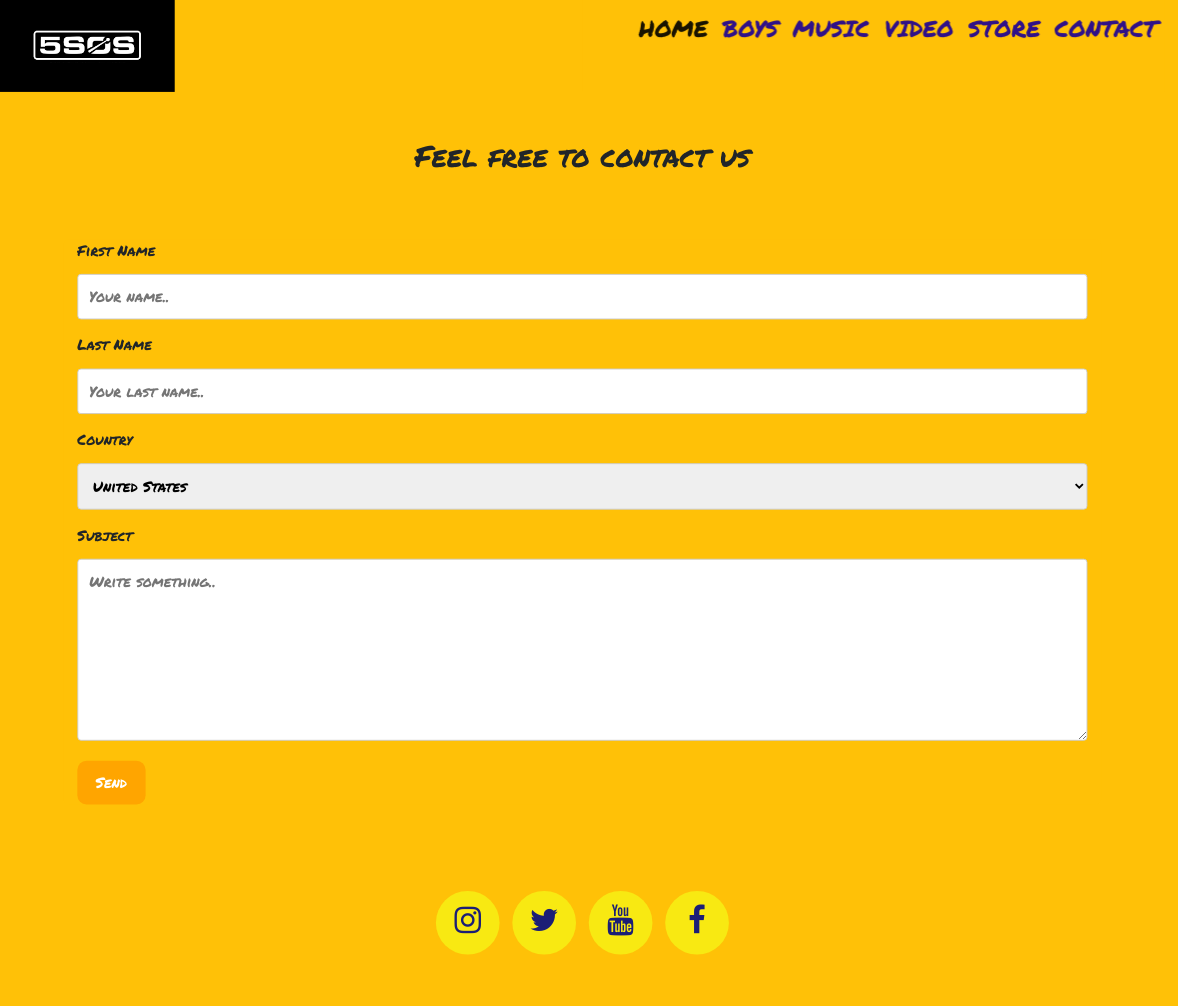
Repository: sun5lower/5SOS
Page: contact.html
The author's editor kept a record of every edit. The page is drawn from the files as they stood at one moment, then again after the next edit.
The browser window is 1280 px wide. The page is 1295 px wide, so the pictures cover 1295 px, including what lies to the right of the window. The pictures show the whole page, at 91% of full size.

Above is the page before.

### contact.html
<!DOCTYPE html>
<html lang="en">

<head>
    <meta charset="UTF-8">
    <meta name="viewport" content="width=device-width, initial-scale=1.0">
    <meta http-equiv="X-UA-Compatible" content="ie=edge">
    <link rel="stylesheet" href="https://stackpath.bootstrapcdn.com/bootstrap/4.3.1/css/bootstrap.min.css" type="text/css" />
    <link rel="stylesheet" href="https://stackpath.bootstrapcdn.com/font-awesome/4.7.0/css/font-awesome.min.css" type="text/css" />
    <link rel="stylesheet" href="https://cdnjs.cloudflare.com/ajax/libs/hover.css/2.3.1/css/hover-min.css" type="text/css" />
    <link rel="stylesheet" href="assets/css/style.css" type="text/css" />

    <title>5sos</title>

</head>

<body>


    <!--Navigation-->

    <header class="container-fluid">
        <div class="row no-gutters">
            <div class="col-6 col-md-6">
                <a href=index.html><img src="assets/images/brand5.png" class="navbar-brand"> </a>
            </div>

            <body data-spy="scroll" data-target=".navbar" data-offset="50">

                <nav class="col-4 col-md-6 navbar navbar-expand-md navbar-light bg-dark sticky-top expand-md">
                    <button class="navbar-toggler ml-auto" type="button" data-toggle="collapse" data-target="#navbarNavDropdown" aria-controls="navbarNavDropdown" aria-expanded="false" aria-label="Toggle navigation">
                    <span class="navbar-toggler-icon"></span>
                </button>
                    <div class="collapse navbar-collapse" id="navbarNavDropdown">
                        <ul class="navbar-nav ml-auto">
                            <li class="nav-item active">
                                <a href="index.html" class="nav-link hvr-buzz">HOME</a>
                            </li>
                            <li class="nav-item">
                                <a class="nav-link hvr-buzz" href="boys.html">BOYS</a>
                            </li>
                            <li class="nav-item">
                                <a class="nav-link hvr-buzz" href="music.html">MUSIC</a>
                            </li>
                            <li class="nav-item">
                                <a class="nav-link hvr-buzz" href="video.html">VIDEO</a>
                            </li>
                            <li class="nav-item">
                                <a class="nav-link hvr-buzz" href="store.html">STORE</a>
                            </li>
                            <li class="nav-item">
                                <a class="nav-link hvr-buzz" href="contact.html">CONTACT</a>
                            </li>

                        </ul>
                    </div>
                </nav>
        </div>
    </header>

    <h2> Feel free to contact us</h2>

    <br>



    <div class="container">
        <form action="/action_page.php">
            <label for="fname">First Name</label>
            <input type="text" id="fname" name="firstname" placeholder="Your name..">

            <label for="lname">Last Name</label>
            <input type="text" id="lname" name="lastname" placeholder="Your last name..">

            <label for="country">Country</label>
            <select id="country" name="country">


      <option value="AF">Afghanistan</option>
      <option value="AX">Aland Islands</option>
      <option value="AL">Albania</option>
      <option value="DZ">Algeria</option>
      <option value="AS">American Samoa</option>
      <option value="AD">Andorra</option>
      <option value="AO">Angola</option>
      <option value="AI">Anguilla</option>
      <option value="AQ">Antarctica</option>
      <option value="AG">Antigua and Barbuda</option>
      <option value="AR">Argentina</option>
      <option value="AM">Armenia</option>
      <option value="AW">Aruba</option>
      <option value="AU">Australia</option>
      <option value="AT">Austria</option>
      <option value="AZ">Azerbaijan</option>
      <option value="BS">Bahamas</option>
      <option value="BH">Bahrain</option>
      <option value="BD">Bangladesh</option>
      <option value="BB">Barbados</option>
      <option value="BY">Belarus</option>
      <option value="BE">Belgium</option>
      <option value="BZ">Belize</option>
      <option value="BJ">Benin</option>
      <option value="BM">Bermuda</option>
      <option value="BT">Bhutan</option>
      <option value="BO">Bolivia</option>
      <option value="BA">Bosnia and Herzegovina</option>
      <option value="BW">Botswana</option>
      <option value="BV">Bouvet Island</option>
      <option value="BR">Brazil</option>
      <option value="IO">British Indian Ocean Territory</option>
      <option value="VG">British Virgin Islands</option>
      <option value="BN">Brunei</option>
      <option value="BG">Bulgaria</option>
      <option value="BF">Burkina Faso</option>
      <option value="BI">Burundi</option>
      <option value="KH">Cambodia</option>
      <option value="CM">Cameroon</option>
      <option value="CA">Canada</option>
      <option value="CV">Cape Verde</option>
      <option value="BQ">Caribbean Netherlands</option>
      <option value="KY">Cayman Islands</option>
      <option value="CF">Central African Republic</option>
      <option value="TD">Chad</option>
      <option value="CL">Chile</option>
      <option value="CN">China</option>
      <option value="CX">Christmas Island</option>
      <option value="CC">Cocos (Keeling) Islands</option>
      <option value="CO">Colombia</option>
      <option value="KM">Comoros</option>
      <option value="CG">Congo (Brazzaville)</option>
      <option value="CD">Congo (Kinshasa)</option>
      <option value="CK">Cook Islands</option>
      <option value="CR">Costa Rica</option>
      <option value="HR">Croatia</option>
      <option value="CU">Cuba</option>
      <option value="CW">Curaçao</option>
      <option value="CY">Cyprus</option>
      <option value="CZ">Czech Republic</option>
      <option value="DK">Denmark</option>
      <option value="DJ">Djibouti</option>
      <option value="DM">Dominica</option>
      <option value="DO">Dominican Republic</option>
      <option value="EC">Ecuador</option>
      <option value="EG">Egypt</option>
      <option value="SV">El Salvador</option>
      <option value="GQ">Equatorial Guinea</option>
      <option value="ER">Eritrea</option>
      <option value="EE">Estonia</option>
      <option value="ET">Ethiopia</option>
      <option value="FK">Falkland Islands</option>
      <option value="FO">Faroe Islands</option>
      <option value="FJ">Fiji</option>
      <option value="FI">Finland</option>
      <option value="FR">France</option>
      <option value="GF">French Guiana</option>
      <option value="PF">French Polynesia</option>
      <option value="TF">French Southern Territories</option>
      <option value="GA">Gabon</option>
      <option value="GM">Gambia</option>
      <option value="GE">Georgia</option>
      <option value="DE">Germany</option>
      <option value="GH">Ghana</option>
      <option value="GI">Gibraltar</option>
      <option value="GR">Greece</option>
      <option value="GL">Greenland</option>
      <option value="GD">Grenada</option>
      <option value="GP">Guadeloupe</option>
      <option value="GU">Guam</option>
      <option value="GT">Guatemala</option>
      <option value="GG">Guernsey</option>
      <option value="GN">Guinea</option>
      <option value="GW">Guinea-Bissau</option>
      <option value="GY">Guyana</option>
      <option value="HT">Haiti</option>
      <option value="HM">Heard Island and McDonald Islands</option>
      <option value="HN">Honduras</option>
      <option value="HK">Hong Kong S.A.R., China</option>
      <option value="HU">Hungary</option>
      <option value="IS">Iceland</option>
      <option value="IN">India</option>
      <option value="ID">Indonesia</option>
      <option value="IR">Iran</option>
      <option value="IQ">Iraq</option>
      <option value="IE">Ireland</option>
      <option value="IM">Isle of Man</option>
      <option value="IL">Israel</option>
      <option value="IT">Italy</option>
      <option value="CI">Ivory Coast</option>
      <option value="JM">Jamaica</option>
      <option value="JP">Japan</option>
      <option value="JE">Jersey</option>
      <option value="JO">Jordan</option>
      <option value="KZ">Kazakhstan</option>
      <option value="KE">Kenya</option>
      <option value="KI">Kiribati</option>
      <option value="KW">Kuwait</option>
      <option value="KG">Kyrgyzstan</option>
      <option value="LA">Laos</option>
      <option value="LV">Latvia</option>
      <option value="LB">Lebanon</option>
      <option value="LS">Lesotho</option>
      <option value="LR">Liberia</option>
      <option value="LY">Libya</option>
      <option value="LI">Liechtenstein</option>
      <option value="LT">Lithuania</option>
      <option value="LU">Luxembourg</option>
      <option value="MO">Macao S.A.R., China</option>
      <option value="MK">Macedonia</option>
      <option value="MG">Madagascar</option>
      <option value="MW">Malawi</option>
      <option value="MY">Malaysia</option>
      <option value="MV">Maldives</option>
      <option value="ML">Mali</option>
      <option value="MT">Malta</option>
      <option value="MH">Marshall Islands</option>
      <option value="MQ">Martinique</option>
      <option value="MR">Mauritania</option>
      <option value="MU">Mauritius</option>
      <option value="YT">Mayotte</option>
      <option value="MX">Mexico</option>
      <option value="FM">Micronesia</option>
      <option value="MD">Moldova</option>
      <option value="MC">Monaco</option>
      <option value="MN">Mongolia</option>
      <option value="ME">Montenegro</option>
      <option value="MS">Montserrat</option>
      <option value="MA">Morocco</option>
      <option value="MZ">Mozambique</option>
      <option value="MM">Myanmar</option>
      <option value="NA">Namibia</option>
      <option value="NR">Nauru</option>
      <option value="NP">Nepal</option>
      <option value="NL">Netherlands</option>
      <option value="AN">Netherlands Antilles</option>
      <option value="NC">New Caledonia</option>
      <option value="NZ">New Zealand</option>
      <option value="NI">Nicaragua</option>
      <option value="NE">Niger</option>
      <option value="NG">Nigeria</option>
      <option value="NU">Niue</option>
      <option value="NF">Norfolk Island</option>
      <option value="MP">Northern Mariana Islands</option>
      <option value="KP">North Korea</option>
      <option value="NO">Norway</option>
      <option value="OM">Oman</option>
      <option value="PK">Pakistan</option>
      <option value="PW">Palau</option>
      <option value="PS">Palestinian Territory</option>
      <option value="PA">Panama</option>
      <option value="PG">Papua New Guinea</option>
      <option value="PY">Paraguay</option>
      <option value="PE">Peru</option>
      <option value="PH">Philippines</option>
      <option value="PN">Pitcairn</option>
      <option value="PL">Poland</option>
      <option value="PT">Portugal</option>
      <option value="PR">Puerto Rico</option>
      <option value="QA">Qatar</option>
      <option value="RE">Reunion</option>
      <option value="RO">Romania</option>
      <option value="RU">Russia</option>
      <option value="RW">Rwanda</option>
      <option value="BL">Saint Barthélemy</option>
      <option value="SH">Saint Helena</option>
      <option value="KN">Saint Kitts and Nevis</option>
      <option value="LC">Saint Lucia</option>
      <option value="MF">Saint Martin (French part)</option>
      <option value="PM">Saint Pierre and Miquelon</option>
      <option value="VC">Saint Vincent and the Grenadines</option>
      <option value="WS">Samoa</option>
      <option value="SM">San Marino</option>
      <option value="ST">Sao Tome and Principe</option>
      <option value="SA">Saudi Arabia</option>
      <option value="SN">Senegal</option>
      <option value="RS">Serbia</option>
      <option value="SC">Seychelles</option>
      <option value="SL">Sierra Leone</option>
      <option value="SG">Singapore</option>
      <option value="SX">Sint Maarten</option>
      <option value="SK">Slovakia</option>
      <option value="SI">Slovenia</option>
      <option value="SB">Solomon Islands</option>
      <option value="SO">Somalia</option>
      <option value="ZA">South Africa</option>
      <option value="GS">South Georgia and the South Sandwich Islands</option>
      <option value="KR">South Korea</option>
      <option value="SS">South Sudan</option>
      <option value="ES">Spain</option>
      <option value="LK">Sri Lanka</option>
      <option value="SD">Sudan</option>
      <option value="SR">Suriname</option>
      <option value="SJ">Svalbard and Jan Mayen</option>
      <option value="SZ">Swaziland</option>
      <option value="SE">Sweden</option>
      <option value="CH">Switzerland</option>
      <option value="SY">Syria</option>
      <option value="TW">Taiwan</option>
      <option value="TJ">Tajikistan</option>
      <option value="TZ">Tanzania</option>
      <option value="TH">Thailand</option>
      <option value="TL">Timor-Leste</option>
      <option value="TG">Togo</option>
      <option value="TK">Tokelau</option>
      <option value="TO">Tonga</option>
      <option value="TT">Trinidad and Tobago</option>
      <option value="TN">Tunisia</option>
      <option value="TR">Turkey</option>
      <option value="TM">Turkmenistan</option>
      <option value="TC">Turks and Caicos Islands</option>
      <option value="TV">Tuvalu</option>
      <option value="VI">U.S. Virgin Islands</option>
      <option value="UG">Uganda</option>
      <option value="UA">Ukraine</option>
      <option value="AE">United Arab Emirates</option>
      <option value="GB">United Kingdom</option>
      <option value="US" selected="selected">United States</option>
      <option value="UM">United States Minor Outlying Islands</option>
      <option value="UY">Uruguay</option>
      <option value="UZ">Uzbekistan</option>
      <option value="VU">Vanuatu</option>
      <option value="VA">Vatican</option>
      <option value="VE">Venezuela</option>
      <option value="VN">Vietnam</option>
      <option value="WF">Wallis and Futuna</option>
      <option value="EH">Western Sahara</option>
      <option value="YE">Yemen</option>
      <option value="ZM">Zambia</option>
      <option value="ZW">Zimbabwe</option>
      </select>

            <label for="subject">Subject</label>
            <textarea id="subject" name="subject" placeholder="Write something.." style="height:200px"></textarea>

            <input type="submit" value="Send">
        </form>
    </div>

    </div>



    <div class="container-fluid">
        <div class="row text-center">
            <div class="col-12 ">
            </div>
            <div class="col-12 social padding ">
                <a href="# "><i class="fab fa-instagram>
                </i>
                </a>
                <a href="#"><i class="fab fa-twitter></i></a>
                <a href="#"><i class="fab fa-youtube></i></a>
                <a href="#"><i class="fab fa-facebook></i></a>
            </div>
        </div>
    </div>


    <!--Footer-->
    <div class="col-sm-4">

        <ul class="list-inline social-links">
            <li class="list-inline-item">
                <a target="_blank" href="https://www.instagram.com/5sos/">
                            <i class="fa fa-instagram" aria-hidden="true"></i>
                            <span class="sr-only">Instagram</span>
                        </a>
            </li>


            <li class="list-inline-item">
                <a target="_blank" href="https://twitter.com/5SOS">
                            <i class="fa fa-twitter" aria-hidden="true"></i>
                            <span class="sr-only">Twitter</span>
                        </a>
            </li>

            <li class="list-inline-item">
                <a target="_blank" href="https://www.youtube.com/channel/UC-vKwDHcbPLtjml81ohGRng">
                            <i class="fa fa-youtube" aria-hidden="true"></i>
                            <span class="sr-only">YouTube</span>
                        </a>
            </li>
            <li class="list-inline-item">
                <a target="_blank" href="https://www.facebook.com/176437022408772/photos/2660836317302151/">
                            <i class="fa fa-facebook" aria-hidden="true"></i>
                            <span class="sr-only">Facebook</span>
                        </a>
            </li>
        </ul>

    </div>
    </div>
    </div>
    </div>
    <script src="https://ajax.googleapis.com/ajax/libs/jquery/3.4.1/jquery.min.js"></script>
    <script src="https://maxcdn.bootstrapcdn.com/bootstrap/3.4.0/js/bootstrap.min.js"></script>
    <script src="https://ajax.googleapis.com/ajax/libs/jquery/3.4.1/jquery.min.js"></script>
    <script src="https://cdnjs.cloudflare.com/ajax/libs/popper.js/1.14.7/umd/popper.min.js"></script>
    <script src="https://maxcdn.bootstrapcdn.com/bootstrap/4.3.1/js/bootstrap.min.js"></script>
    </body>

</html>

### assets/css/style.css
  @import url('https://fonts.googleapis.com/css?family=Permanent+Marker: 100,200,300,400,500,600,700,800');

/*----------------------------------------------------------Colors */

.uppercase {
    color: #8B1616;
}

.h1.display-2 {
    padding: 0;
    color: #F6EF12;
}

h1,h2,h3,h4 {
    margin-bottom: 50px;
    margin-top: 50px;
    text-align: center;
}

h3 {
   color: #F4570B;
   float: left;
}

body {
   background-color: #ffc107;
   font-family: Permanent Marker;

}
.display-4 {
    color: #000000;
    text-transform: uppercase;
    font-family: Permanent Marker;
    text-align: center;
}



.bg-dark {
    background-color: #ffc107!important;
}

.container-fluid {
    padding: 0;
margin: 0;
}

div.container-fluid.card {
    padding: 0;
    margin: 0;
}


/*----------------------------------------------------------Navbar  */

img.navbar-brand {
    padding: 0;
    margin: 0;
}

.a {
    font-size: 45px;
    color: #F4570B;
    text-decoration: none;
    margin-left: 20px;
    display: inline-block;
    padding-top: 40px;
}


.navbar-nav.navbar-center {
    position: absolute;
    left: 50%;
    transform: translatex(-50%);
}

.navbar-brand {
   padding: 0;
   margin: 0;
   max-width: 30%;
   background-size: auto;
  background-position: center;

}

.band-name  {
    display: inline-block;
    padding: 20px;
    margin: 0px;
    font-size: 18px;
    opacity: 0.5;
  filter: alpha(opacity=50);
}

.band-name:hover {
  opacity: 1.0;
  filter: alpha(opacity=100); /* For IE8 and earlier */
}



.navbar-light .navbar-nav .nav-link {
    color: #301188;
    font-family: Permanent Marker;
    font-size:25px;
}

.navbar-items {
    padding: 0;
    margin: 0;
}


.nav-item {
    height: 75px;
    text-align: center;
    padding: 0;
    margin: 0;
}

a.nav-link {
    font-weight: 500;
    color: #F6EF12;
    padding: 0;
    display: block;
}

#navbarNavDropdown {
    padding: -50px;
    margin: 0;
}


#nav li {
    font-size: 14px;
    padding: 25px;
}

/* ---------------------------------------------------Carousel */

.carousel-inner img {
    width: 100%;
    height: 100%;
}
#myCarousel {
    margin:0;
    padding: 0;
}
.carousel-item {
    position: relative;
    margin-right: -100%;
    width: 100%;
}

  /* ---------------------------------------------------Boys page */

img.card-img-top {
    background-color: #ffc107;
    size: auto;
    margin-top: 0;

}

.card {
    background-color: #ffc107;
    border-color: transparent;
    text-transform: capitalize;
    font-size: 28px;
    color: #1B1E76;

}

h4.card.title {
    font: bold;
    }

p.card-text {
    font-size: 20px;
}



/* ---------------------------------------------------Jumbotron */

.row.jumbotron {
    text-transform: capitalize;
    font-size: 25px;
    color: #1B1E76;
    background-color: #ffc107;
    font-family: Permanent Marker;
    text-align: center;
    margin-left: 40px;
    position: relative;
}
.jumbotron {
    background-color: #ffc107;

}


/* ---------------------------------------------------Video */

.videoFrame {
  width:100%;
}

.videoFrame iframe{
   margin: 0 auto;
   display: block;
   width: 560px;
}
/* ---------------------------------------------------Audio */

.audio-file {
    text-align: center;
    margin: auto;
    color: #1B1E76;
    box-sizing: border-box;
    width: 100%;

}

.audio {
   filter: sepia(20%) saturate(70%) grayscale(1) contrast(99%) invert(12%);
   display: inline-block;
   margin-bottom: 25px;

  }
.audio-file-teeth {
    margin-left: 39%;
}

.title-teeth  {
    margin-right: 50%;
}
.container {
  border-radius: 5px;
  background-color:  #ffc107;

 width: 100%;
}

.title {
    display: inline-block;
    margin-bottom: 20px;
    width: 100%;

}

.music {
    box-sizing: border-box;
    width: 100%;
}




/* ---------------------------------------------------Form/Contact */

input[type=text], select, textarea {
  width: 100%;
  padding: 12px;
  border: 1px solid #ccc;
  border-radius: 4px;
  box-sizing: border-box;
  margin-top: 6px;
  margin-bottom: 16px;
  resize: vertical;
}

input[type=submit] {
  background-color:  #ffc107;
  color: white;
  padding: 12px 20px;
  border: none;
  border-radius: 4px;
  cursor: pointer;
}

input[type=submit] {
  background-color: #FFA500;
    color: #FFA50;
    border-radius: 10px;
}

input: hover {
    background-color: #00ff00;
}

 /* ---------------------------------------------------Store  */

.btn {
      color: #F4570B;
      background-color: #a9cc29;
      border: hidden;


 }

 .btn:hover {
     background-color: #1C1C73;

 }

 .btn-primary {
     color: #090b7a;
 }

 .shopping i {
     font-size: 26px;
     color: #090b7a;
     text-align: center;
     padding-left: 5px;
     transition: all 0.45s ease-in-out;
     -moz-transition: all 0.45s ease-in-out;
     -webkit-transition: all 0.35s ease-in-out;
    -o-transition: all 0.45s ease-in-out;
 }

.shopping i:hover {
    color: #edf2f2;
}

body {
  margin: 0;

}

.hero-image {
  background: url("../images/merch.jpeg");
  background-color: #cccccc;
  height: 500px;
  background-position: center;
  background-repeat: no-repeat;
  background-size: cover;
  position: relative;
}

.hero-text {
  text-align: center;
  position: absolute;
  top: 50%;
  left: 50%;
  transform: translate(-50%, -50%);
  color: #edf2f2;
}

/* ---------------------------------------------------Footer */




 .social-links li a i {
    width: 70px;
    height: 70px;
    padding: 30px 0;
    border-radius: 100%;
    font-size: 34px;
    line-height: 4px;
    text-align: center;
    color: #1B1E76;
    background: #F8E912;
    transition:  0.35s ease-in-out;
    -moz-transition: all 0.35s ease-in-out;
    -webkit-transition: all 0.35s ease-in-out;
    -o-transition: all 0.35s ease-in-out;
}

.social-links li a i:hover {
    background: #C0C0C0;

}
.social {
    padding-bottom: 40px;
    padding-top: 45px;
    margin-top: 50px;
}

After the next edit:
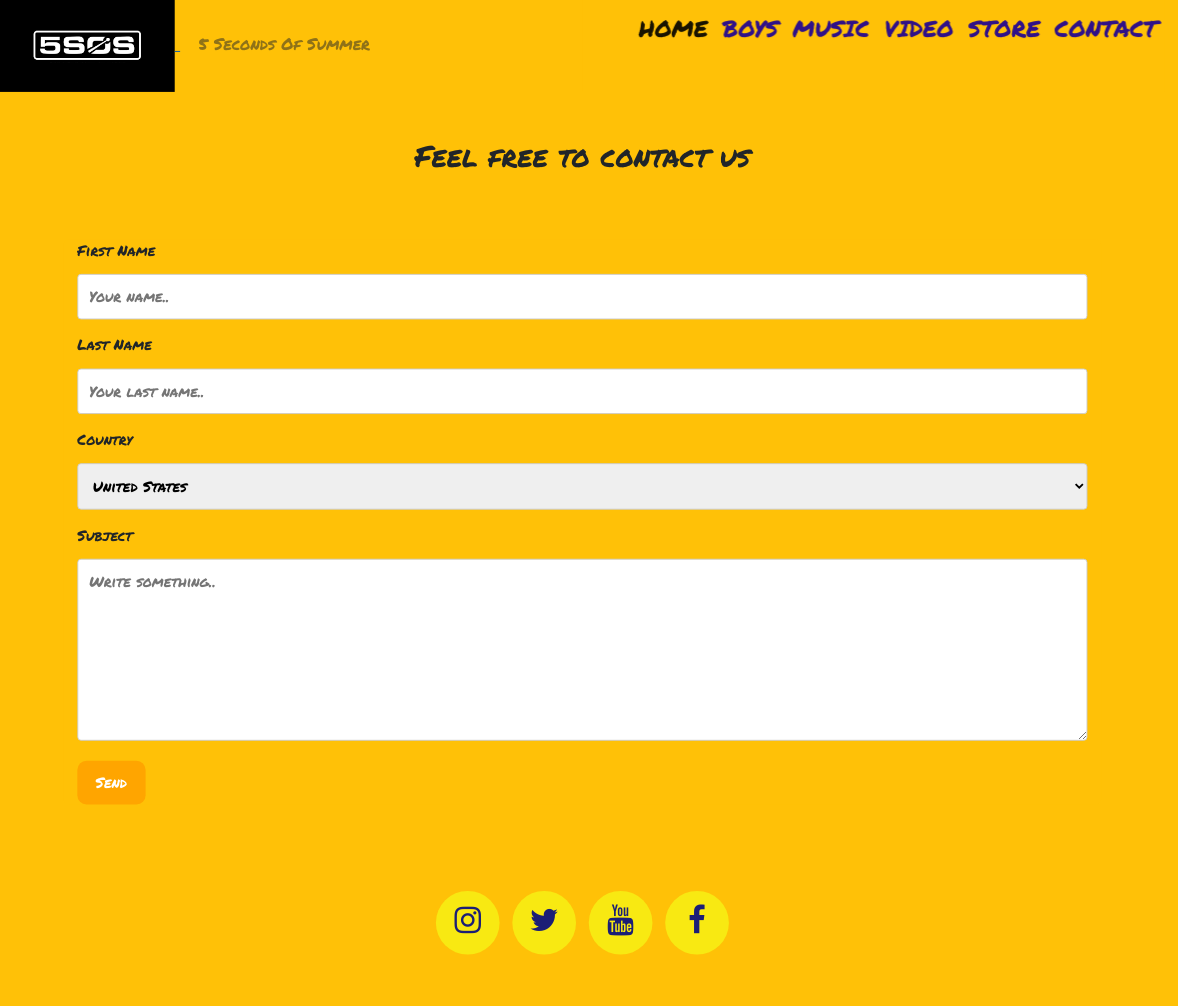
The edit:
--- a/contact.html
+++ b/contact.html
@@ -23,6 +23,7 @@
         <div class="row no-gutters">
             <div class="col-6 col-md-6">
                 <a href=index.html><img src="assets/images/brand5.png" class="navbar-brand"> </a>
+                <h4 class="band-name">5 Seconds Of Summer</h4>
             </div>
 
             <body data-spy="scroll" data-target=".navbar" data-offset="50">
